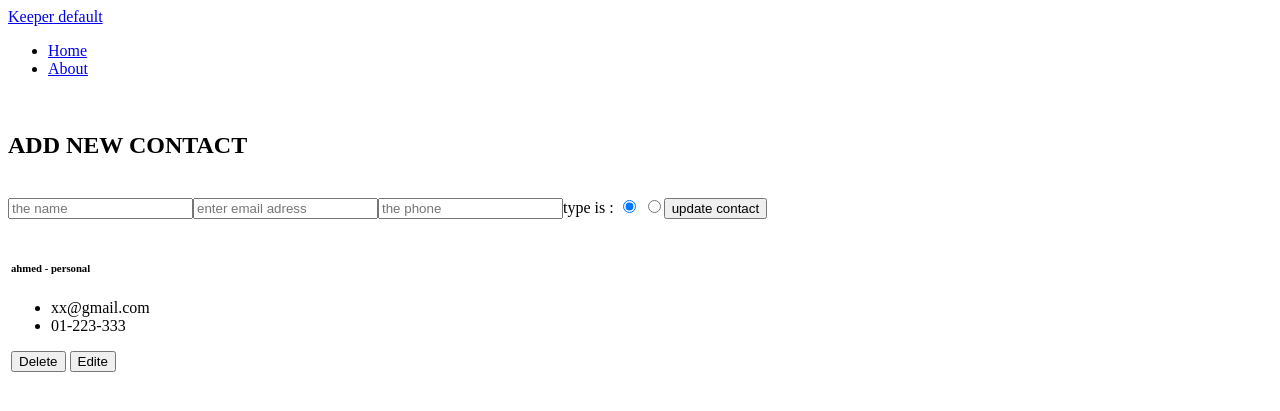
Repository: 3bdulrahman/contact-keeper
Page: / (app in client/)
The author's editor kept a copy of each file at every save. The page is drawn from the files as they stood at one save, then again after the next save.
The browser window is 1280 px wide. The pictures show the whole page.
The project was rebuilt for these pictures with package versions that can differ from the ones it lists, and the page was loaded fresh each time. A package was used in the major version that the imports need, not the one package.json lists. Also part of the build but not shown: client/src/components/pages/About.js, client/src/App.css.

Above is the page before, as saved 2020-04-16 18:16:00.

### client/src/App.js
import React,{Fragment} from 'react';
import { BrowserRouter as Router , Route , Switch } from 'react-router-dom'
import Navbar from './components/layout/Navbar'
import Home from './components/pages/Home'
import About from './components/pages/About'
import ContactState  from './context/contact/ContactState'
import './App.css'
const  App = ()=> {
   return (
    <ContactState>
    <Router>
    <Fragment>
         <Navbar   />
         <div className='container'>
             <Switch>
               <Route exact path='/' component={Home} />
               <Route exact path='/about' component={About} />
             </Switch>
         </div>
    </Fragment>
    </Router>
    </ContactState>
  );
}

export default App;

### client/src/components/layout/Navbar.js
import React from 'react'
import {Link} from 'react-router-dom'
import PropTypes from 'prop-types'

 const Navbar = ({title}) => {
    return (
      <nav class="navbar navbar-expand-sm bg-dark navbar-dark">

      <a class="navbar-brand" href="#">{title}</a>


      <ul class="navbar-nav">
        <li class="nav-item">
        <Link class="nav-link" to="/"><i className='fa fa-home'></i> Home</Link>
        </li>
        <li class="nav-item">
          <Link class="nav-link" to="/about">About</Link>
        </li>

      </ul>
    </nav>
    )
}

Navbar.propTypes= {
     title:PropTypes.string.isRequired
}
Navbar.defaultProps = {
     title:'Keeper default '
}

export default Navbar

### client/src/components/pages/Home.js
import React from 'react'
import Contacts from '../contacts/contacts'
import Contactform from '../contacts/contactForm'
 const Home = () => {
    return (
        <div className="row">
            <div className="col-md-6 col-lg-6">
                <Contactform />
            </div>
             <div className="col-md-6 col-lg-6">
                 <br />
                 <Contacts /></div>
        </div>
    )
}

export default Home

### client/src/context/contact/ContactState.js
import React,{useReducer} from 'react'
import uuid from 'uuid/v4'
import contactContext from './ContactContext'
import { UPDATE_CONTACT,CLEAR_CURRENT,DELETE_CONTACT,SET_CURRENT,ADD_CONTACT,SET_ALERT,REMOVE_ALERT,
    FILTER_CONTACTS,CLEAR_FILTER} from '../type'
import contactReducer from '../contact/ContactReducer'
const ContactState = props=>{
       const contactInit = {
             contacts:[
                   {id:1,name:"ahmed",email:"xx@gmail.com",phone:"01-223-333",type:"personal"}
             ],
             current:null
       };
       const [state,dispatch] = useReducer(contactReducer,contactInit)
       //add contact
       const addContact = contact =>{
            contact.id = uuid()
            dispatch({
                  type:ADD_CONTACT,
                  payload:contact
            })
       }
       // delete contact
       const deleteContact = id =>{
        dispatch({
              type:DELETE_CONTACT,
              payload:id
        })
   }

   // set Current
     const setCurrent = contact =>{
           dispatch({
                type:SET_CURRENT,
                payload:contact
           })
     }
   // clear current
   const clearCurrent =()=> dispatch({ type:CLEAR_CURRENT})
       return(
            <contactContext.Provider value={{
                contacts:state.contacts,
                current:state.current,
                setCurrent,
                clearCurrent,
                addContact,
                deleteContact
            }}>
                {props.children}
            </contactContext.Provider>
       )
}

export default ContactState

### client/src/components/contacts/contacts.js
import React,{useContext,Fragment} from 'react'
import ContactContext from '../../context/contact/ContactContext'
import ContactsItem from './contactsItem'
 const Contacts = () => {
    const contextContact = useContext(ContactContext)
    const {contacts} = contextContact
    return (
        <Fragment>
            {contacts.map(contact=> <ContactsItem key={contact.id} contact={contact} />)}
        </Fragment>
    )
}
export default Contacts

### client/src/components/contacts/contactForm.js
import React,{useState,useContext,useEffect} from 'react'
import ContactContext from '../../context/contact/ContactContext'
import contactContext from '../../context/contact/ContactContext'
 const Contactform = () => {
    const {addContact,current,clearCurrent} = useContext(contactContext)
    const [ contact,setContact] = useState({
          name:'' , email:'',phone:'',type:'personal'
    })
    useEffect(()=>{
            if(current!=null){
                setContact(current)
            }else{
            setContact({name:'' , email:'',phone:'',type:'personal'})
            }
    },[contactContext,current])

    const {name,email,phone,type} = contact
    const onChange = e=> setContact({...contact,[e.target.name]:e.target.value})
    const onSubmit = e=>{
        e.preventDefault()
        // add method
        addContact(contact)

        setContact({name:'' , email:'',phone:'',type:'personal'})
    }
    return (
        <form onSubmit={onSubmit}>
        <br />
        <h2>{current ? 'Update CONTACT':'ADD NEW CONTACT'} </h2>
        <br />
            <div className='form-group'>
                <input type='text' className='form-control'
                placeholder='the name' name='name' value={name} onChange={onChange} />
                <input type='text' className='form-control'
                placeholder='enter email adress'name='email' value={email} onChange={onChange} />
                <input type='text' className='form-control'
                placeholder='the phone' name='phone' value={phone} onChange={onChange} />
                type is : <input type='radio'
                 value='personal' name='type' onChange={onChange} checked={type==='personal'}  />{' '}
                  <input type='radio'
                 value='prof' name='type'  onChange={onChange} checked={type==='prof'}/>
                 <input type='submit' value={current?'add new':'update contact'} className='btn btn-block btn-primary' />


            </div>
        </form>
    )
}


export default Contactform

### client/src/context/contact/ContactContext.js
import {createContext} from 'react'
const contactContext = createContext()
export default contactContext

### client/src/context/type.js
export const ADD_CONTACT="ADD_CONTACT"
export const DELETE_CONTACT="DELETE_CONTACT"
export const UPDATE_CONTACT="UPDATE_CONTACT"
export const FILTER_CONTACTS="FILTER_CONTACTS"
export const CLEAR_FILTER="CLEAR_FILTER"
export const SET_CURRENT="SET_CURRENT"
export const CLEAR_CURRENT="CLEAR_CURRENT"
export const SET_ALERT="SET_ALERT"
export const REMOVE_ALERT="REMOVE_ALERT"

### client/src/context/contact/ContactReducer.js
import { UPDATE_CONTACT,CLEAR_CURRENT,DELETE_CONTACT,SET_CURRENT,ADD_CONTACT,SET_ALERT,REMOVE_ALERT,
    FILTER_CONTACTS,CLEAR_FILTER} from '../type'

export default (state,action)=>{
      switch(action.type){

          case ADD_CONTACT:
              return { ...state,contacts:[...state.contacts,action.payload]}
          case DELETE_CONTACT:
              return { ...state,contacts:state.contacts.filter(contact=> contact.id!= action.payload)}
          case SET_CURRENT:
              return {...state,current:action.payload}
          case CLEAR_CURRENT:
              return {...state,current:null}
           default:
               return state
      }
}

### client/src/components/contacts/contactsItem.js
import React,{useContext} from 'react'
import ContactContext from '../../context/contact/ContactContext'
 const ContactsItem = ({contact}) => {
    const context = useContext(ContactContext)
    const { deleteContact,clearCurrent,setCurrent} = context
    const {id,name,email,phone,type} = contact
    const deleteonClick = ()=> {
        deleteContact(id)
        clearCurrent()
    }
    return (
        <div className="card" style={{margin:'3px'}}>

              <div className="card-body">
              <div className="card-title">
              <h6 className="text-info"><i className="fa fa-user"></i> {name} - <span className={'badge ' + (type==='personal'?'badge-primary':'badge-danger')}>{type}</span></h6>
              </div>

              <div className="card-text">
                  <ul className="list-inline">
                      <li><i class="fas fa-fire"></i> {email&& <span className="label label-primary">{email}</span>}</li>
                      <li><i class="fas fa-phone"></i> {phone&& <span className="label label-warning">{' '+phone}</span>}</li>
                  </ul>
              </div>
              <div className="card-link"><button className="btn btn-danger btn-sm" onClick={deleteonClick}>Delete</button>{' '}
              <button className="btn btn-primary btn-sm" onClick={()=>setCurrent(contact)}>Edite</button>
               </div>

              </div>
        </div>
    )
}
export default ContactsItem

Loaded but not shown: client/src/index.js (common file)

After the next save:
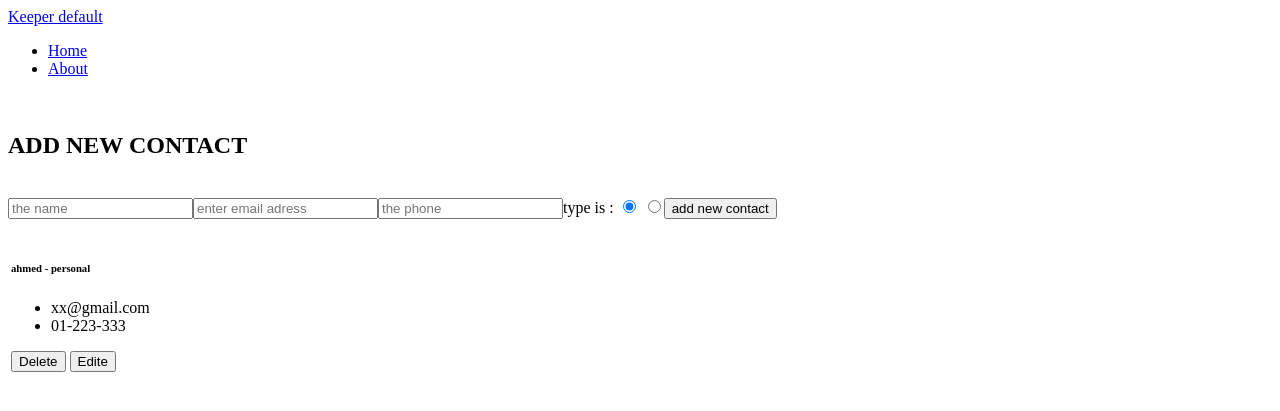
Saved 42 s later.
--- a/client/src/components/contacts/contactForm.js
+++ b/client/src/components/contacts/contactForm.js
@@ -39,7 +39,7 @@ import contactContext from '../../context/contact/ContactContext'
                  value='personal' name='type' onChange={onChange} checked={type==='personal'}  />{' '}
                   <input type='radio'
                  value='prof' name='type'  onChange={onChange} checked={type==='prof'}/>
-                 <input type='submit' value={current?'add new':'update contact'} className='btn btn-block btn-primary' />
+                 <input type='submit' value={current?'update contact':'add new contact'} className='btn btn-block btn-primary' />
 
 
             </div>
